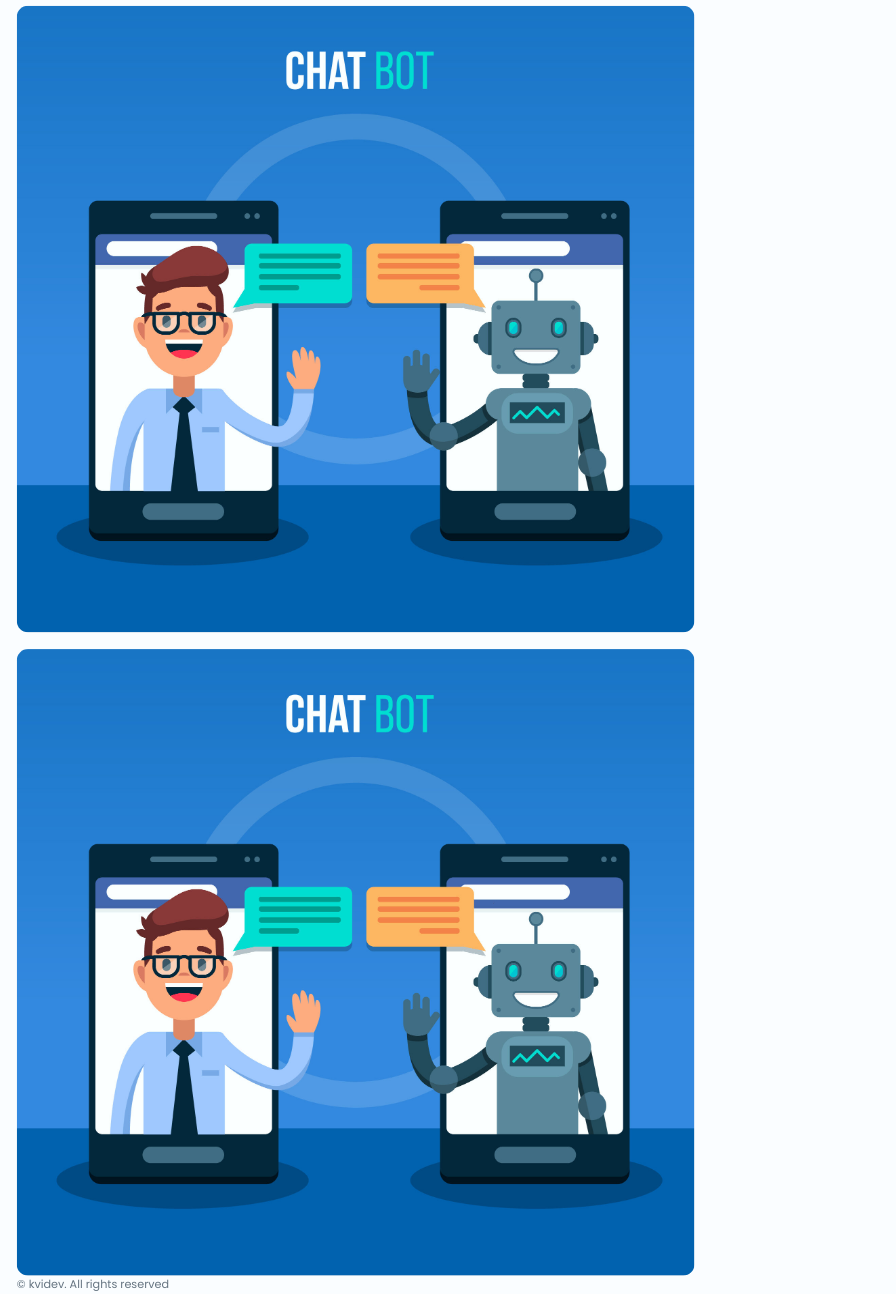
Repository: Kaii-Dev/Porfolio
Page: index.html
An editor plug-in stored every save of this project. The page is shown before and after a run of saves, followed by the edit.
The browser window is 1280 px wide. The pictures show the part of the page from y = 2435 to 4355 px (the page is 4283 px tall before and 4355 px after), at 70% of full size.
A picture or video elsewhere on the page could not be fetched, so the positions and the page height are approximate. Some web libraries are served in a nearby version.

Above is the page before, as saved 2022-04-12 17:48:27.

After the next 2 saves:
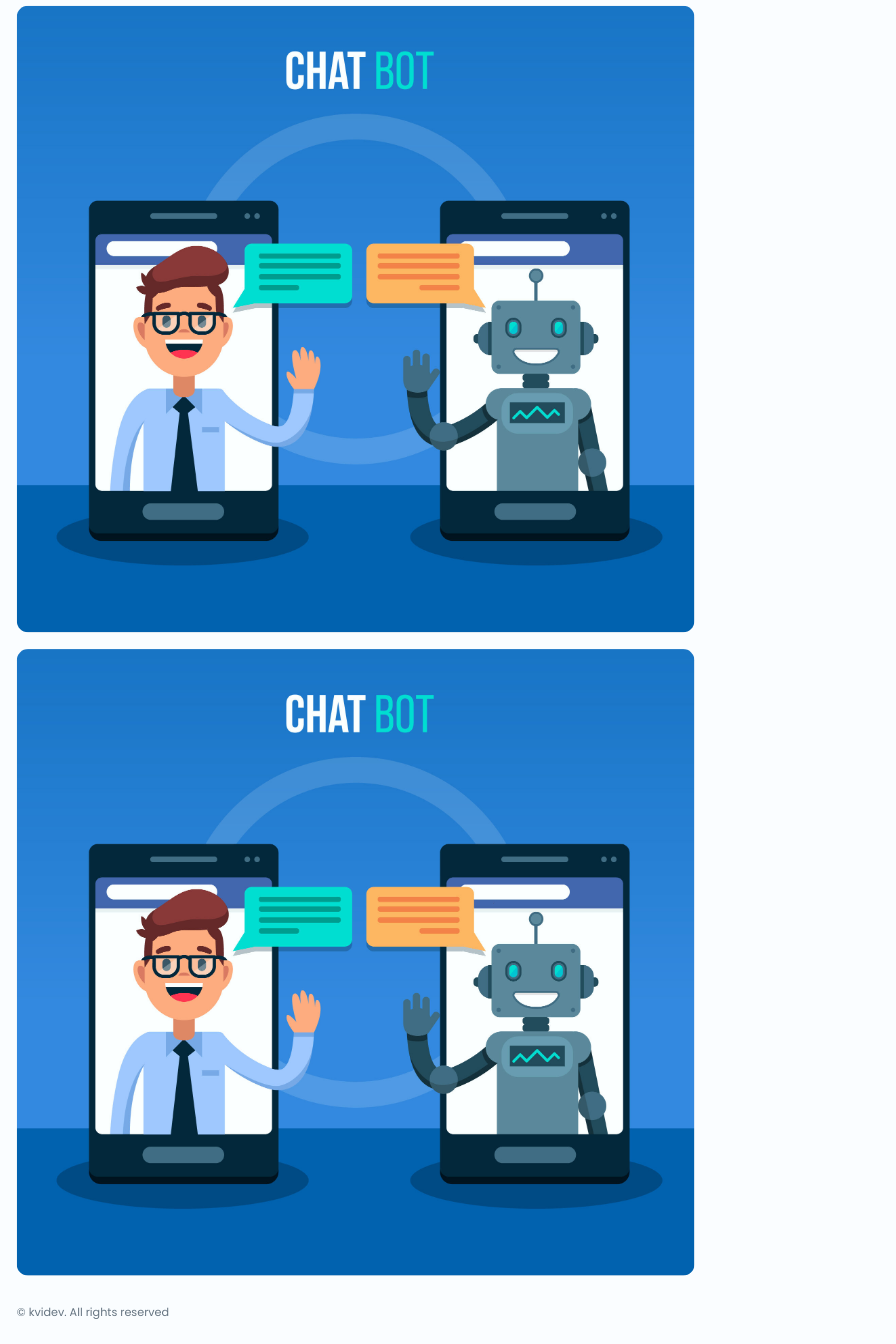
The 2 saves are shown as one change because they came seconds apart.
The last was saved 12 s later.
--- a/Assets/css/app.css
+++ b/Assets/css/app.css
@@ -354,6 +354,7 @@ img {
 
 /* FOOTER */
 .footer__copy{
-   display: block
-   ;
-}
+   display: block;
+   margin: 2.5rem 0 2rem;
+   te
+}
